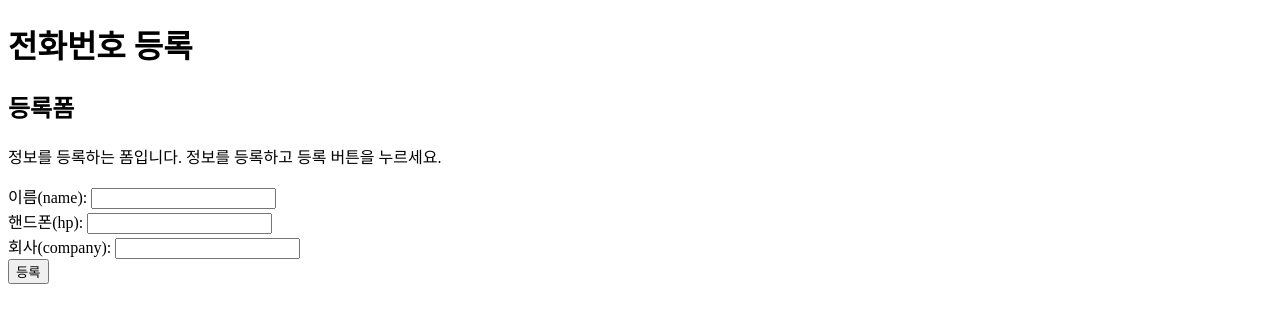
Repository: Kwonharu/workspace-web
Page: http://localhost/phonebook2/writeForm.jsp
These files come from the project's save history. The page is drawn as it stood at one moment and after the next save; the edit follows.
The browser window is 1280 px wide. The pictures show the whole page.
The page is served by Tomcat 9. Other server files are loaded and not shown.

Above is the page before, as saved 2023-09-04 08:20:41.

### phonebook2/WebContent/writeForm.jsp
<%@ page language="java" contentType="text/html; charset=UTF-8"
    pageEncoding="UTF-8"%>
<!DOCTYPE html>
<html>
<head>
<meta charset="UTF-8">
<title>Insert title here</title>
</head>
<body>
	<h1>전화번호 등록</h1>
	<h2>등록폼</h2>

	<p>정보를 등록하는 폼입니다. 정보를 등록하고 등록 버튼을 누르세요.</p>

	이름(name): <input type="text"><br>
	핸드폰(hp): <input type="text"><br>
	회사(company): <input type="text"><br>

	<button>등록</button>


</body>
</html>

After the next save:
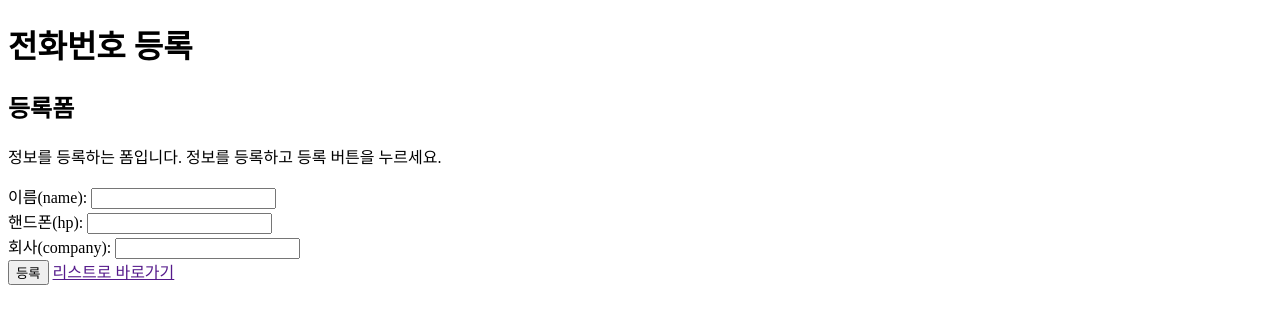
Saved 76 s later.
--- a/phonebook2/WebContent/writeForm.jsp
+++ b/phonebook2/WebContent/writeForm.jsp
@@ -18,6 +18,7 @@
 
 	<button>등록</button>
 
+	<a href="">리스트로 바로가기</a>
 
 </body>
 </html>
